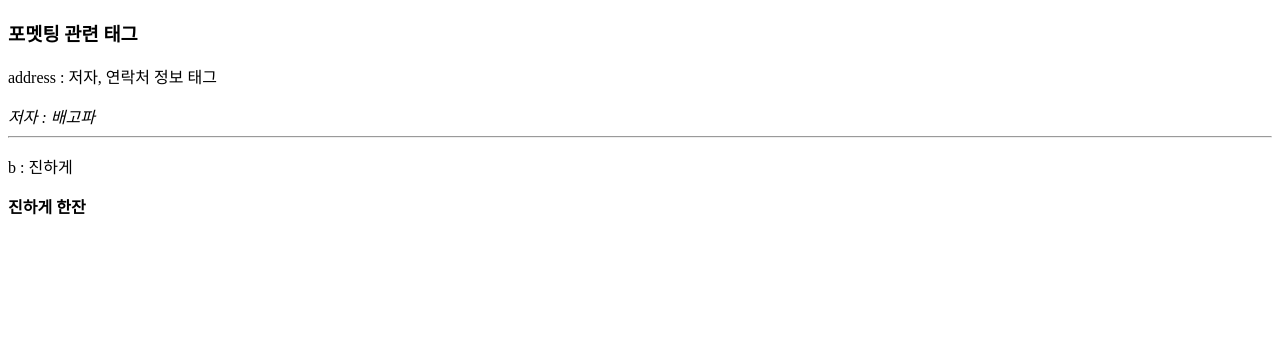
Repository: JiYoon0712/HTML_CSS_javascript
Page: work/study/src/main/webapp/htmlEx/ch02/ex07.html
These files come from the project's save history. The page is drawn as it stood at one moment and after the next save; the edit follows.
The browser window is 1280 px wide. The pictures show the whole page.

Above is the page before, as saved 2023-04-03 03:38:58.

After the next save:
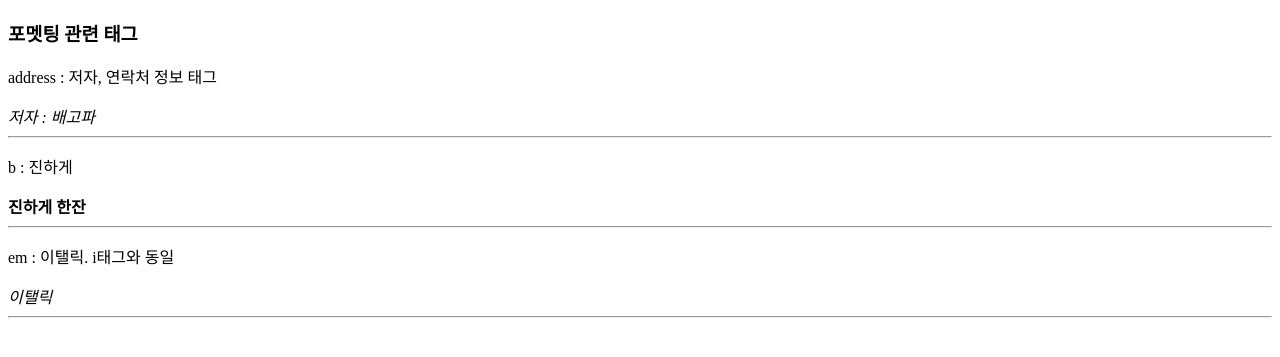
Saved 32 s later.
--- a/work/study/src/main/webapp/htmlEx/ch02/ex07.html
+++ b/work/study/src/main/webapp/htmlEx/ch02/ex07.html
@@ -14,6 +14,11 @@
 
 <p> b : 진하게 </p>
 <b>진하게 한잔</b>
+<hr>
+
+<p> em : 이탤릭. i태그와 동일 </p>
+<em>이탤릭</em>
+<hr>
 
 
 </body>
